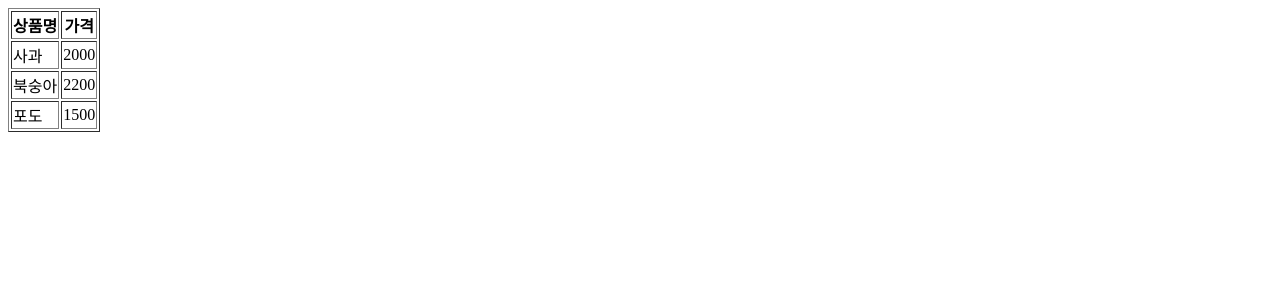
Repository: mnemion/BackendClass
Page: example/src/main/webapp/js14.html
The author's editor kept a copy of each file at every save. The page is drawn from the files as they stood at one save, then again after the next save.
The browser window is 1280 px wide. The pictures show the whole page.

Above is the page before, as saved 2023-09-04 02:43:30.

### example/src/main/webapp/js14.html
<!DOCTYPE html>
<html lang="ko">
<head>
<meta charset="UTF-8">
<title>Ajax + setInterval, setTimeout</title>
</head>
<body>
	<table border="1">
		<thead>
			<tr>
				<th>
					상품명
				</th>
				<th>
					가격
				</th>
			</tr>
		</thead>
		<tbody>
			<tr>
				<td>사과</td>
				<td id="pd0"></td>
			</tr>
			<tr>
				<td>북숭아</td>
				<td id="pd1"></td>
			</tr>
			<tr>
				<td>포도</td>
				<td id="pd2"></td>
			</tr>
		</tbody>
	</table>
</body>
<script>
	function data_load() {
		var date = new Date().toString();
		console.log(date);
		var ajax = new XMLHttpRequest();
		ajax.onreadystatechange = function() {
		//console.log(ajax.readyState);
		/*
		0 : 요청에 대한 초기화 확인
		1 : 서버에 연결됨
		2 : 서버에 파일을 요청 받음
		3 : 요청을 처리중
		4 : 요청에 대한 데이터 처리 완료
		*/
		if(ajax.readyState == 4){
        	if(ajax.status == 200){
            	var data = JSON.parse(this.response);
            	//console.log(data["adata"]);
            	var f;
            	for(f = 0; f < data["adata"].length; f++){
					document.getElementById("pd" + f).innerHTML = data["adata"][f];
      			}
      		}
        	else{
            	console.log("통신오류 발생!!")
        	}
    	}
	}

	ajax.open("GET", "./data.json?v=1");
	ajax.send();
}
	setInterval(data_load, 5000);
</script>
</html>

### example/src/main/webapp/data.json
{
"adata": [2000, 2200, 1500]
}

After the next save:
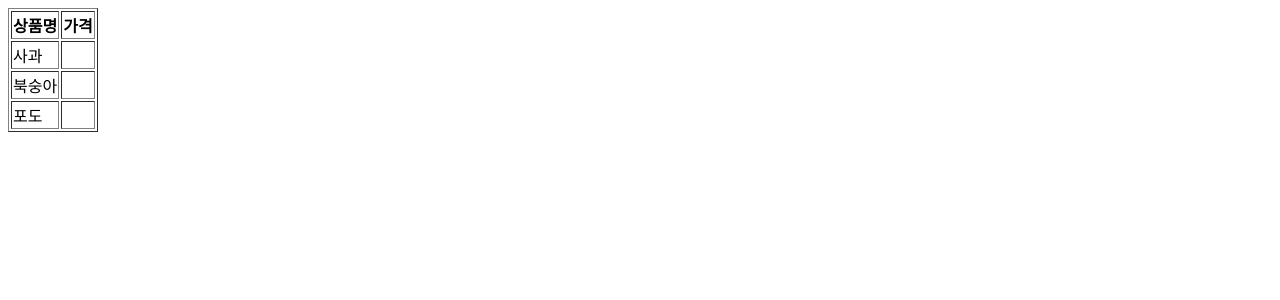
Console error: ReferenceError: data is not defined
Saved 19 s later.
--- a/example/src/main/webapp/js14.html
+++ b/example/src/main/webapp/js14.html
@@ -35,7 +35,7 @@
 <script>
 	function data_load() {
 		var date = new Date().toString();
-		console.log(date);
+		console.log(data);
 		var ajax = new XMLHttpRequest();
 		ajax.onreadystatechange = function() {
 		//console.log(ajax.readyState);

After the save that followed:
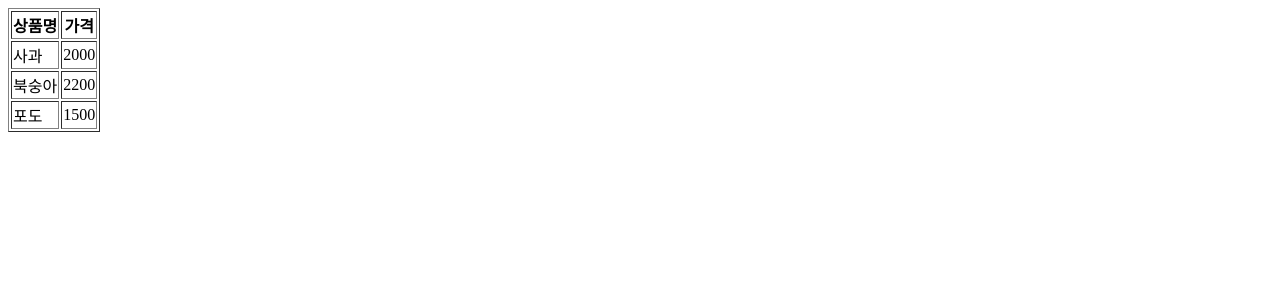
The error is gone.
Saved 16 s later.
--- a/example/src/main/webapp/js14.html
+++ b/example/src/main/webapp/js14.html
@@ -35,7 +35,7 @@
 <script>
 	function data_load() {
 		var date = new Date().toString();
-		console.log(data);
+		console.log(date);
 		var ajax = new XMLHttpRequest();
 		ajax.onreadystatechange = function() {
 		//console.log(ajax.readyState);
